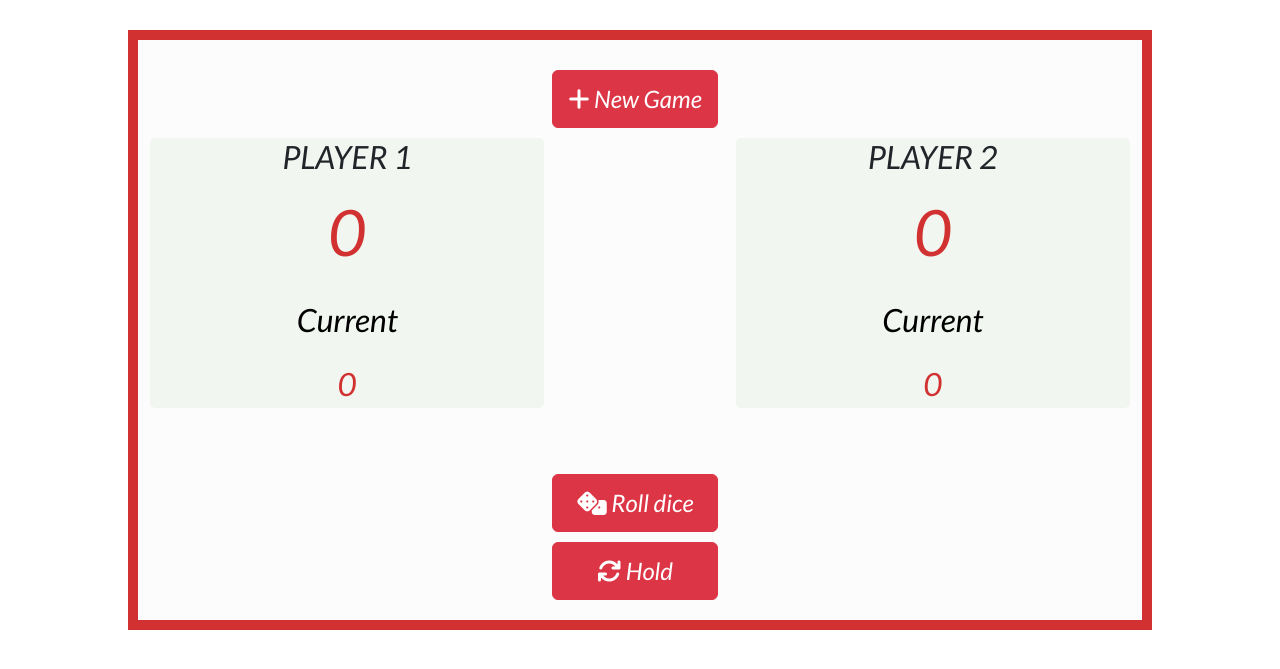
Repository: haifabilel/Eval_JAVASCRIPT
Page: index.html
The author's editor kept a copy of each file at every save. The page is drawn from the files as they stood at one save, then again after a run of saves.
The browser window is 1280 px wide. The pictures show the whole page.
Some web libraries are served in a nearby version.

Above is the page before, as saved 2023-06-03 20:22:44.

### index.html
<!DOCTYPE html>
<html lang="fr">
<head>
    <meta charset="UTF-8">
    <meta http-equiv="X-UA-Compatible" content="IE=edge">
    <meta name="viewport" content="width=device-width, initial-scale=1.0">
    <title>GameEval</title>
    <!-- Bootstrap -->
    <link href="https://cdn.jsdelivr.net/npm/bootstrap@5.3.0-alpha3/dist/css/bootstrap.min.css" rel="stylesheet" integrity="sha384-KK94CHFLLe+nY2dmCWGMq91rCGa5gtU4mk92HdvYe+M/SXH301p5ILy+dN9+nJOZ" crossorigin="anonymous">
    <!-- Bootstrap icons CSS -->
    <link rel="stylesheet" href="https://cdn.jsdelivr.net/npm/bootstrap-icons@1.6.1/font/bootstrap-icons.css">
    <!-- font awesome cdn link-->
    <link rel="stylesheet" href="https://cdnjs.cloudflare.com/ajax/libs/font-awesome/6.3.0/css/all.min.css" integrity="sha512-SzlrxWUlpfuzQ+pcUCosxcglQRNAq/DZjVsC0lE40xsADsfeQoEypE+enwcOiGjk/bSuGGKHEyjSoQ1zVisanQ==" crossorigin="anonymous" referrerpolicy="no-referrer">
    <!-- CSS Link -->
    <link rel="stylesheet" href="style.css">
</head>
<body>
    <div class="container-fluid" >
     <header>
         <button class="btn btn_newGame btn-danger"><i class="fa-solid fa-plus"></i> New Game</button>
    </header>
    <main>
        <div class="row">
            <!-- Player One  -->
            <div class="col-sm-5 mx-auto ">
                <section class="player player_0 player_active">
                    <h2 class="label" id="label_0">PLAYER 1</h2>
                    <p class="score" id="score_0" >0</p>
                    <div class="current">
                        <p class="current_label">Current</p>
                        <p class="current_score" id="current_0">0</p>
                    </div>
                </section>
            </div>
            <!-- Dice image -->
            <div class="col-sm-2 mx-auto">
                <img src="/asset/dice1.png" alt="imageDice" class="dice" style="width: 100px;">
            </div>
             <!-- Player Tow  -->
             <div class="col-sm-5 mx-auto">
                <section class="player player_1">
                    <h2 class="label" id="label_1">PLAYER 2</h2>
                    <p class="score" id="score_1">0</p>
                    <div class="current">
                        <p class="current_label">Current</p>
                        <p class="current_score" id="current_1">0</p>
                    </div>
                </section>
             </div>
        </div>
    </main>
    <!-- Button RollDice -->
    <div class="button_roll">
        <button class="btn btn_roll btn-danger"><i class="fa-solid fa-dice"></i> Roll dice</button>
    </div>
    <div class="button_hold">
        <button class="btn btn_hold btn-danger"><i class="fa-solid fa-arrows-rotate"></i> Hold</button>
    </div>
    </div>


    <script src="https://code.jquery.com/jquery-3.5.1.slim.min.js" integrity="sha384-DfXdz2htPH0lsSSs5nCTpuj/zy4C+OGpamoFVy38MVBnE+IbbVYUew+OrCXaRkfj" crossorigin="anonymous"></script>
    <script src="https://cdn.jsdelivr.net/npm/popper.js@1.16.0/dist/umd/popper.min.js" integrity="sha384-Q6E9RHvbIyZFJoft+2mJbHaEWldlvI9IOYy5n3zV9zzTtmI3UksdQRVvoxMfooAo" crossorigin="anonymous"></script>
    <script src="https://cdn.jsdelivr.net/npm/bootstrap@5.3.0-alpha3/dist/js/bootstrap.bundle.min.js" integrity="sha384-ENjdO4Dr2bkBIFxQpeoTz1HIcje39Wm4jDKdf19U8gI4ddQ3GYNS7NTKfAdVQSZe" crossorigin="anonymous"></script>
    <script src="script.js"></script>
</body>
</html>

### style.css
@import url('https://fonts.googleapis.com/css2?family=Lato:ital,wght@1,300;1,400;1,700&display=swap');
*{
    font-family: Lato;
}
.container-fluid{
    box-shadow:0.5rem 1 rem rgba(0,0,0,.5);
    background-color: #fdfcfc;
    width:80%;
    height: 600px;
    border: 10px solid  #d13131;
    margin-top: 30px;
}
.row{
    margin-top:80px;
}
/* Playerss */
.player_0 , .player_1{
    background-color:#f1f7f0;
    text-align:center;
    border-radius:5px;
    margin-top:-70px;
}
/* Current */
.current{

    width:30%;
    font-size:1.5rem;
    border-radius:5%;
    text-align:center;
    margin-left :35%;
    color:black;
    font-size:2rem;
}
/* Scors */
.score{
    color:#d13131;
    font-size:4rem;
}
.current_score{
    color:#d13131;
    font-size:2rem;
}
/* Buttons */
.btn_roll{
    margin-left:41%;
    margin-top:50px;
    width:17%;
    font-size:1.5rem;
    padding:10px;

}
.btn_hold{
    padding:10px;
    margin-left:41%;
    margin-top:10px;
    width:17%;
    font-size:1.5rem;

}
.btn_newGame{
    margin-top:30px;
    padding: 10px;
    margin-left:41%;
    width:17%;
    font-size:1.5rem;
}
/* Image Dice */
img{
    margin:20px 40px;
}
.hidden{
    display:none;
}
.player_winn{
    background:url(/asset/golden-winners-cup_1284-18399.avif);
    background-size: cover;
    background-position:center;


}
.player_winn1{
    background-color:yellowgreen;
}

### script.js
//Players
const playerOne = document.getElementById('player_0');
const playerTow = document.getElementById('player_1');
//Score
const score0 = document.getElementById('score_0');
const score1 = document.getElementById('score_1');
//Dice
const dice = document.querySelector('.dice');
//buttons
const buttonRoll = document.querySelector('.btn_roll');
const buttonHold = document.querySelector('.btn_hold');
const buttonNewGame = document.querySelector('.btn_newGame');
//Current
const current0 = document.getElementById('current_0');
const current1 = document.getElementById('current_1');

score0.textContent = 0 ;
score1.textContent = 0 ;
dice.classList.add("hidden");

let scores = [0 , 0]
let activePlayer = 0 ;
let currentScore = 0 ;

const switchPlayer = function(){
    document.getElementById(`current_${activePlayer}`).textContent = 0;
    activePlayer = activePlayer === 0 ? 1 : 0;
    currentScore = 0;
    playerOne.classList.toggle("player_active");
    playerTow.classList.toggle("player_active");
}
//buttonRoll
buttonRoll.addEventListener("click", function() {
    dice.classList.remove("hidden");
    document.querySelector(`.player_${activePlayer}`).classList.add('player_winn1');

    //Generate number 1 to 6
    const diceRandom = Math.floor(Math.random() * 6) + 1;
    dice.src =`/asset/dice${diceRandom}.png`

//   Sound game
const audio = new Audio('/asset/programmation-web_de-2_asset_son.mp3');

const lanseSon = function() {
    audio.play()
}
audio.addEventListener('canplaythrough', lanseSon);

//Rolled
if(diceRandom !==1){
    currentScore += diceRandom;
    document.getElementById(`current_${activePlayer}`).textContent = currentScore;

}else{
    //Switch Player
    switchPlayer();
}
});
//ButtonHold
buttonHold.addEventListener('click',function(){
    scores[activePlayer] += currentScore;
    document.getElementById(`score_${activePlayer}`).textContent = scores[activePlayer];

    if(scores[activePlayer] >=100){
        document.querySelector(`.player_${activePlayer}`).classList.add('player_winn');
        const audio = new Audio('/asset/tadaa-47995.mp3');

        const lanseSon1 = function() {
            audio.play()
        }
        audio.addEventListener('canplaythrough', lanseSon1);


    }else{
        switchPlayer();
    }
});
//  Button NewGame
buttonNewGame.addEventListener ('click',function(){
    document.location.reload()
 })

After the next 2 saves:
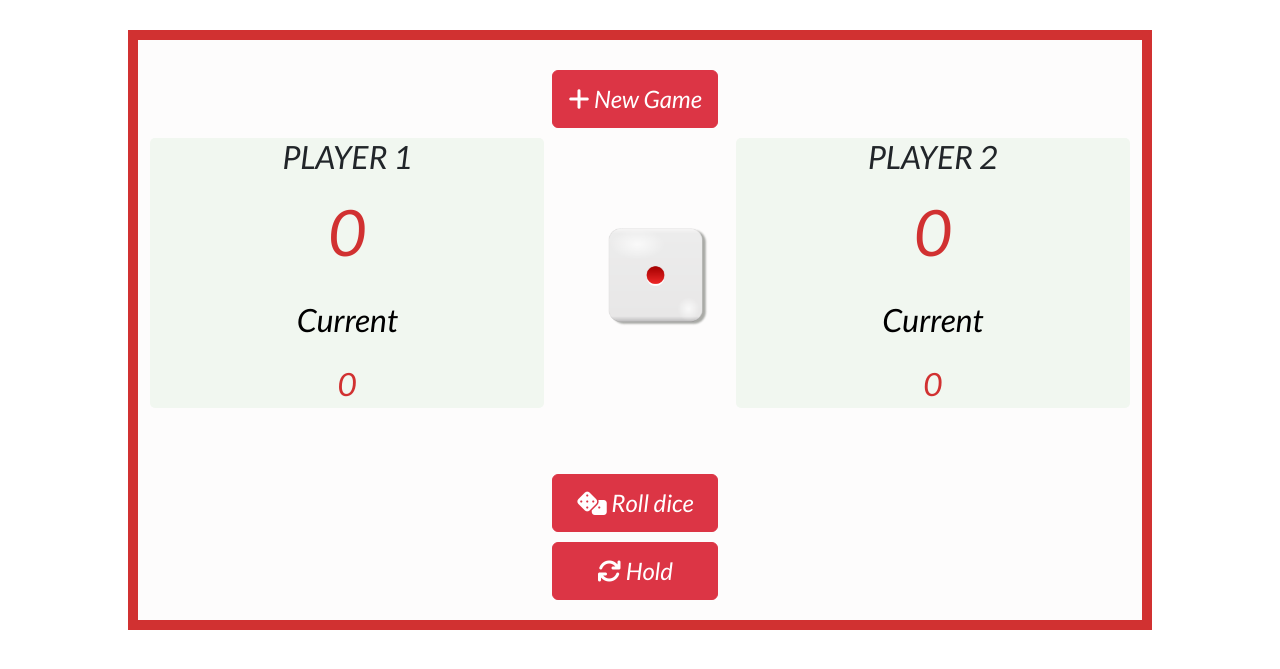
Console error: SyntaxError: missing ) after argument list
The 2 saves are shown as one change because they came seconds apart.
The last was saved 4 min 1 s later.
--- a/script.js
+++ b/script.js
@@ -33,6 +33,9 @@
 buttonRoll.addEventListener("click", function() {
     dice.classList.remove("hidden");
     document.querySelector(`.player_${activePlayer}`).classList.add('player_winn1');
+    playerOne.classList.toggle("player_active");
+    playerTow.classList.toggle("player_active");
+}
 
     //Generate number 1 to 6
     const diceRandom = Math.floor(Math.random() * 6) + 1;

After the save that followed:
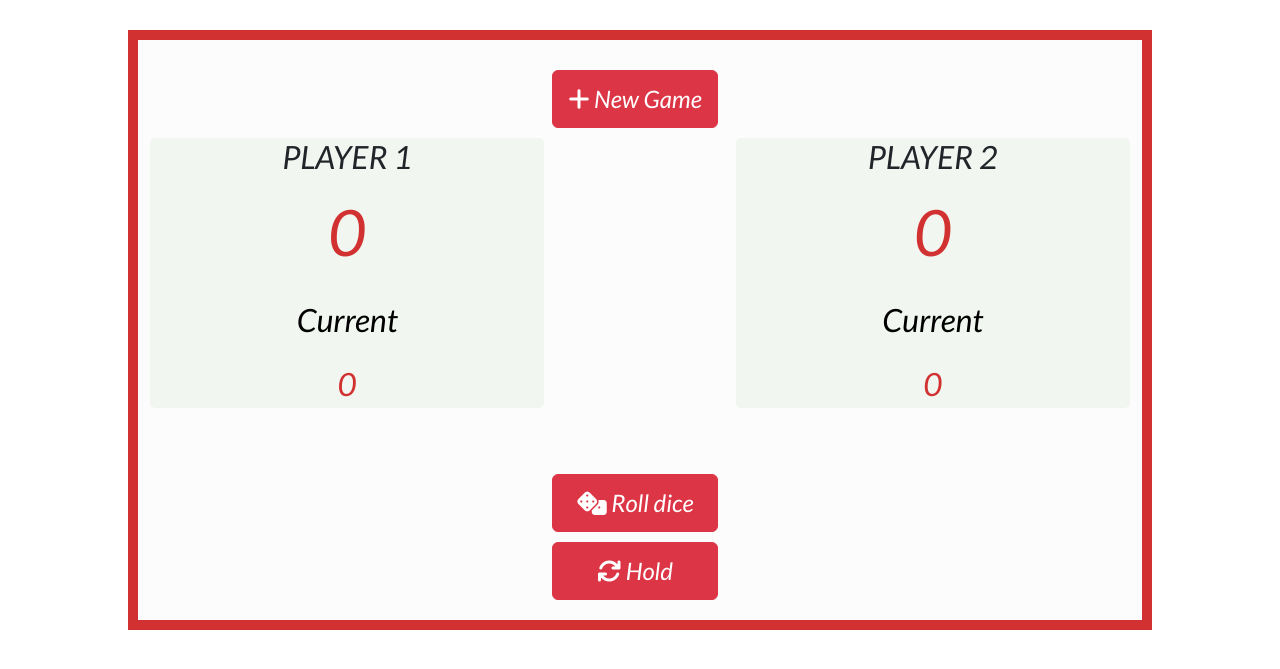
The error is gone.
Saved 13 s later.
--- a/script.js
+++ b/script.js
@@ -33,9 +33,7 @@
 buttonRoll.addEventListener("click", function() {
     dice.classList.remove("hidden");
     document.querySelector(`.player_${activePlayer}`).classList.add('player_winn1');
-    playerOne.classList.toggle("player_active");
-    playerTow.classList.toggle("player_active");
-}
+
 
     //Generate number 1 to 6
     const diceRandom = Math.floor(Math.random() * 6) + 1;
